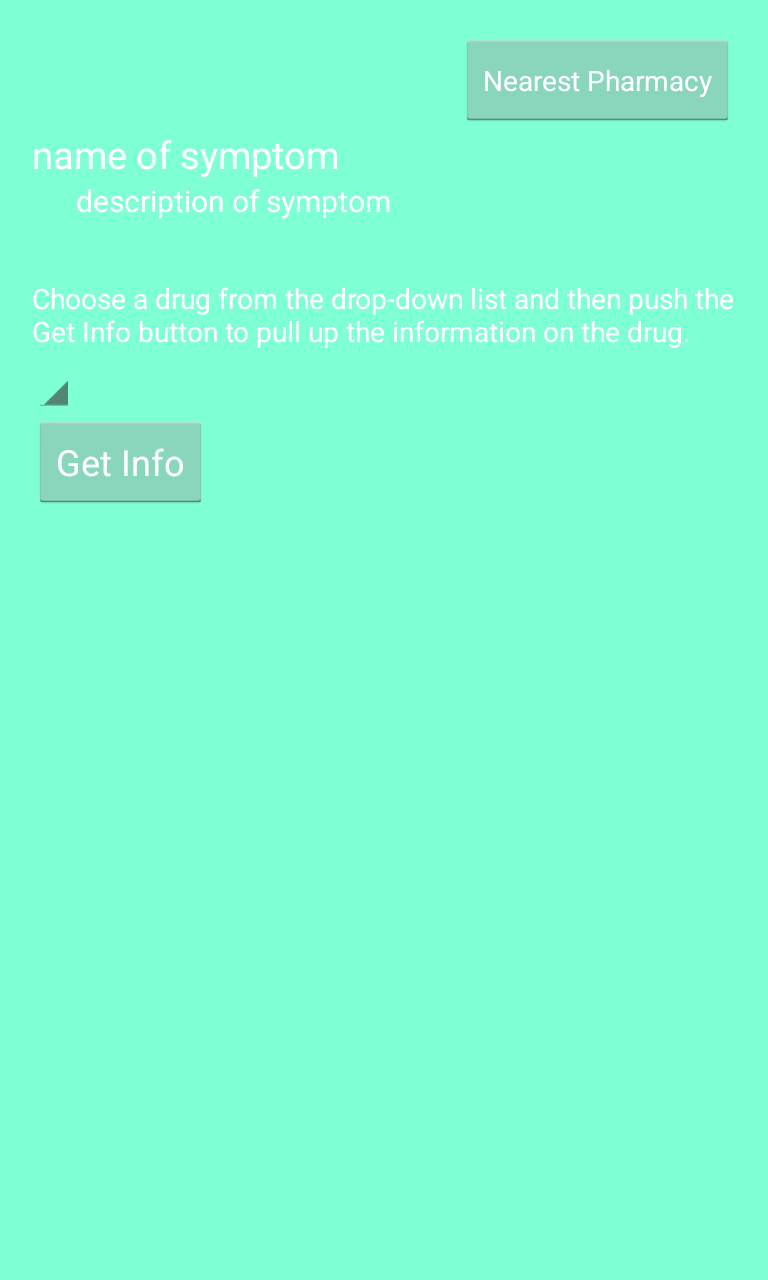
Repository: rosingrr/SympMeds
Layout: app/SympMeds/res/layout/activity_drug_list.xml
An editor plug-in stored every save of this project. The layout is shown before and after the next save, followed by the edit.
It is drawn on a 768 x 1280 px phone screen (xhdpi) without system bars, with theme AppTheme; the app's code is not run.

Above is the layout before, as saved 2013-08-02 20:21:37.

### app/SympMeds/res/layout/activity_drug_list.xml
<RelativeLayout xmlns:android="http://schemas.android.com/apk/res/android"
    xmlns:tools="http://schemas.android.com/tools"
    android:layout_width="match_parent"
    android:layout_height="match_parent"
    android:background="@color/aqua_marine"
    android:paddingBottom="@dimen/activity_vertical_margin"
    android:paddingLeft="@dimen/activity_horizontal_margin"
    android:paddingRight="@dimen/activity_horizontal_margin"
    android:paddingTop="@dimen/activity_vertical_margin"
    tools:context=".DrugList" >

    <Button
        android:id="@+id/drugListNearest_button"
        style="?android:attr/buttonStyleSmall"
        android:layout_width="wrap_content"
        android:layout_height="wrap_content"
        android:layout_alignParentRight="true"
        android:layout_alignParentTop="true"
        android:text="@string/nearest_pharmacy"
        android:textColor="@color/white" />

    <TextView
        android:id="@+id/sympName_textView"
        android:layout_width="wrap_content"
        android:layout_height="wrap_content"
        android:layout_alignParentLeft="true"
        android:layout_below="@+id/drugListNearest_button"
        android:text="@string/symptom_name"
        android:textAppearance="?android:attr/textAppearanceMedium"
        android:textColor="@color/white"
        android:textSize="19" />

    <TextView
        android:id="@+id/sympDesc_textView"
        android:layout_width="wrap_content"
        android:layout_height="wrap_content"
        android:layout_alignLeft="@+id/sympName_textView"
        android:layout_below="@+id/sympName_textView"
        android:layout_marginLeft="22dp"
        android:text="@string/symptom_description"
        android:textAppearance="?android:attr/textAppearanceSmall"
        android:textColor="@color/white"
        android:textSize="15" />

    <TextView
        android:id="@+id/drugInstr_textView"
        android:layout_width="wrap_content"
        android:layout_height="wrap_content"
        android:layout_alignParentLeft="true"
        android:layout_below="@+id/sympDesc_textView"
        android:layout_marginTop="29dp"
        android:text="@string/drug_instructions"
        android:textColor="@color/white"
        android:textSize="@string/16" />

    <Spinner
        android:id="@+id/drug_spinner"
        android:layout_width="wrap_content"
        android:layout_height="wrap_content"
        android:layout_alignParentLeft="true"
        android:layout_below="@+id/drugInstr_textView" />

    <Button
        android:id="@+id/getInfo_button"
        android:layout_width="wrap_content"
        android:layout_height="wrap_content"
        android:layout_alignParentLeft="true"
        android:layout_below="@+id/drug_spinner"
        android:onClick="getInfo"
        android:text="@string/get_info"
        android:textColor="@color/white" />

</RelativeLayout>

### app/SympMeds/res/values/Colors.xml
<?xml version="1.0" encoding="utf-8"?>
<resources>
    <color name = "white">#ffffffff</color>
    <color name = "aqua_marine">#ff66cccc</color>
</resources>

### app/SympMeds/res/values/colors.xml
<?xml version="1.0" encoding="utf-8"?>
<resources>
    <color name="red">#ffff0000</color>
    <color name="green">#ff00ff00</color>
    <color name="blue">#ff0000ff</color>
    <color name="transparent_red">#ffff0000</color>
    <color name="steel_blue">#ff4682B4</color>
    <color name="crimson">#ffdc143c</color>
    <color name="sea_green">#ff2e8b57</color>
    <color name="aqua_marine">#ff7fffd4</color>
    <color name="white">#ffffffff</color>
    <color name="darker_aqua_marine">#ff3f7f6a</color>
    <color name="color1">#ff66cccc</color>
    <color name="color2">#ff33cccc</color>
    <color name="color3">#ff00cccc</color>
</resources>

### app/SympMeds/res/values/strings.xml
<?xml version="1.0" encoding="utf-8"?>
<resources>

    <string name="app_name">SympMeds</string>
    <string name="action_settings">Settings</string>
    <string name="nearest_pharmacy">Nearest Pharmacy</string>
    <string name="welcome">This app is not meant to be used as a replacement of a doctor. If symptoms become severe and/ or persistent we recommend you see a doctor immediately.</string>
    <string name="start">Get Started</string>

    <string name="title_activity_symptom_list">SymptomList</string>
    <string name="symptom_instructions">To look up over-the-counter medication based on symptom, please choose from the drop down list below. Then click on the "Find" button.</string>
    <string name="search">Find</string>
    <string name="symptoms">Symptoms</string>
    <string name="symptom_instructions1">The button below searches for the closest pharmacy location to you. This button may be used at any point after opening the application.</string>
    <string name="Button">Nearest Pharmacy</string>

    <string name="title_activity_drug_list">DrugList</string>
    <string name="symptom_name">name of symptom</string>
    <string name="symptom_description">description of symptom</string>
    <string name="drug_instructions">Choose a drug from the drop-down list and then push the Get Info button to pull up the information on the drug.</string>
    <string name="get_info">Get Info</string>
    <string name="end">/////</string>

    <string name="title_activity_drug_info">DrugInfo</string>
    <string name="drug_name">Medication Name</string>
    <string name="symptoms_label">Uses:</string>
    <string name="side_effects_label">Warnings:</string>
    <string name="directions_label">Directions:</string>
    <string name="unknown">unknown</string>
    <string name="medications">Medications</string>

    <string name="15">15</string>
    <string name="16">16</string>
    <string name="19">19</string>

</resources>

Loaded but not shown: app/SympMeds/res/values/styles.xml (common file); app/SympMeds/res/values-v11/styles.xml (common file); app/SympMeds/res/values-v14/styles.xml (common file); app/SympMeds/res/values/dimens.xml (common file)

After the next save:
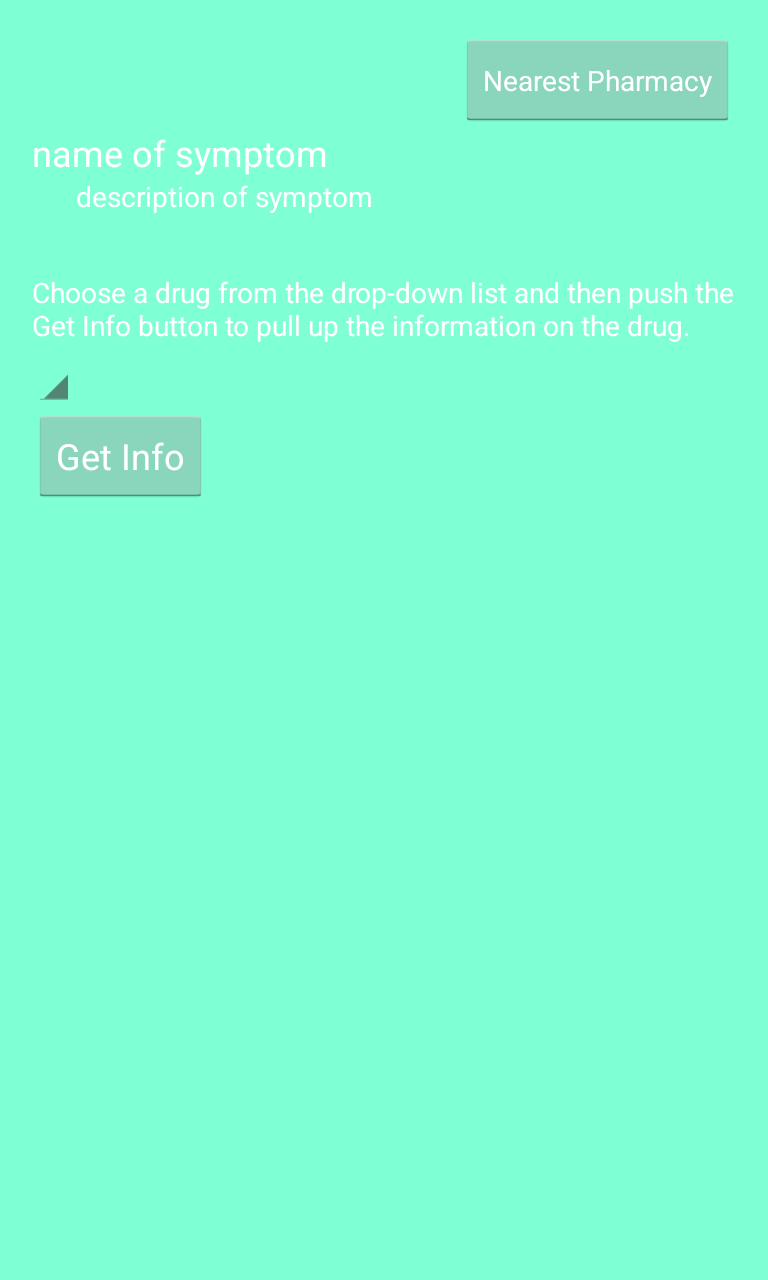
Saved 33 s later.
--- a/app/SympMeds/res/layout/activity_drug_list.xml
+++ b/app/SympMeds/res/layout/activity_drug_list.xml
@@ -28,7 +28,7 @@
         android:text="@string/symptom_name"
         android:textAppearance="?android:attr/textAppearanceMedium"
         android:textColor="@color/white"
-        android:textSize="19" />
+        android:textSize="@string/19" />
 
     <TextView
         android:id="@+id/sympDesc_textView"
@@ -40,7 +40,7 @@
         android:text="@string/symptom_description"
         android:textAppearance="?android:attr/textAppearanceSmall"
         android:textColor="@color/white"
-        android:textSize="15" />
+        android:textSize="@string/15" />
 
     <TextView
         android:id="@+id/drugInstr_textView"
